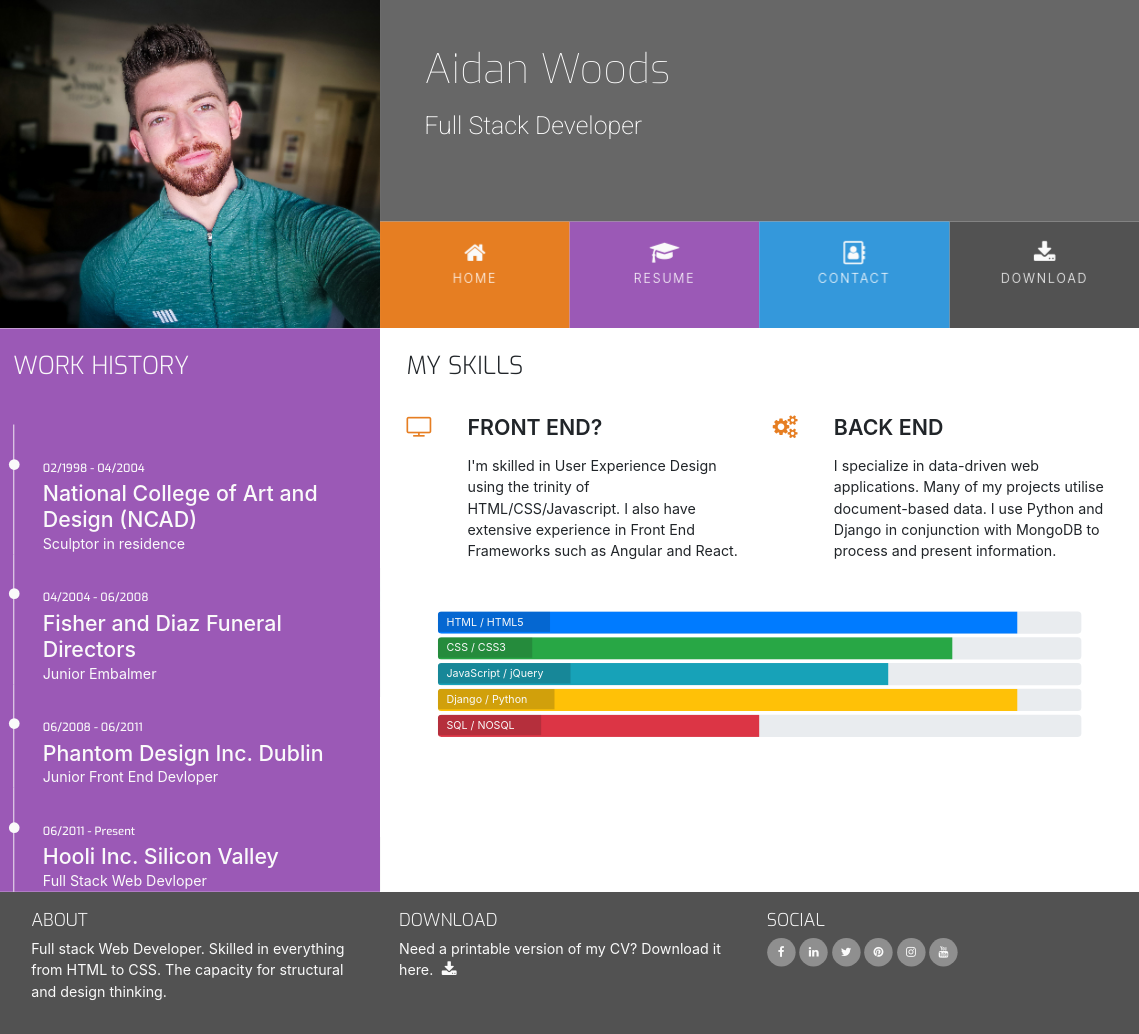
Repository: woodsyboi/Resume
Page: resume.html
The author's editor kept a record of every edit. The page is drawn from the files as they stood at one moment, then again after the next edit.
The browser window is 1280 px wide. The pictures show the whole page, at 89% of full size.

Above is the page before.

### resume.html
<!DOCTYPE html>
<html lang="en">

<head>
    <meta charset="UTF-8">
    <meta name="viewport" content="width=device-width, initial-scale=1.0">
    <meta http-equiv="X-UA-Compatible" content="ie=edge">
    <link rel="stylesheet" href="https://stackpath.bootstrapcdn.com/bootstrap/4.3.1/css/bootstrap.min.css" type="text/css" />
    <link rel="stylesheet" href="https://stackpath.bootstrapcdn.com/font-awesome/4.7.0/css/font-awesome.min.css" type="text/css" />
    <link rel="stylesheet" href="https://cdnjs.cloudflare.com/ajax/libs/hover.css/2.3.1/css/hover-min.css
" type="text/css" />
    <link rel="stylesheet" href="assets/css/style.css" type="text/css" />
    <title>Aidan</title>
</head>

<body>
    <header>
        <div class="row no-gutters">
            <a href="index.html" class="col-md-4 logo">

            </a>
            <div class="col-md-8">
                <div class="row no-gutters bg-color-name-title">
                    <div class="col heading">
                        <h1 class="name">Aidan Woods</h1>
                        <h2 class="title">Full Stack Developer</h2>
                    </div>

                </div>
                <div class="row no-gutters">
                    <div class="col">
                        <ul id="nav" class="list-inline menucontainer">
                            <li class="col-6 col-sm-3 ui-menu-color-home list-inline-item menuitem">
                                <a href="#" class="hvr-sweep-to-bottom"><i class="fa fa-home"></i><span>Home</span></a>
                            </li>
                            <li class="col-6 col-sm-3 ui-menu-color-resume list-inline-item menuitem">
                                <a href="#" class="hvr-sweep-to-bottom"><i class="fa fa-graduation-cap"></i><span>Resume</span></a>
                            </li>
                            <li class="col-6 col-sm-3 ui-menu-color-contact list-inline-item menuitem">
                                <a href="#" class="hvr-sweep-to-bottom"><i class="fa fa-address-book-o"></i><span>Contact</span></a>
                            </li>
                            <li class="col-6 col-sm-3 ui-menu-color-download list-inline-item menuitem">
                                <a href="#" class="hvr-sweep-to-bottom"><i class="fa fa-download"></i><span>Download</span></a>
                            </li>
                        </ul>
                    </div>
                </div>

            </div>
        </div>
    </header>
    <section class="container-fluid">

        <div class="row ">
            <div class="col-md-4 bg-color-work-history section-coloum">
                <div class="row">
                    <div class="col-12">
                        <h3 class="history-heading uppercase">
                            Work History
                        </h3>
                    </div>
                </div>
                <div class="history-items">
                    <div class="timeline-item" data-dates="02/1998 - 04/2004">
                        <h4>National College of Art and Design (NCAD)</h4>
                        <p>Sculptor in residence</p>
                    </div>
                    <div class="timeline-item" data-dates="04/2004 - 06/2008">
                        <h4>Fisher and Diaz Funeral Directors</h4>
                        <p>Junior Embalmer</p>
                    </div>
                    <div class="timeline-item" data-dates="06/2008 - 06/2011">
                        <h4>Phantom Design Inc. Dublin</h4>
                        <p>Junior Front End Devloper</p>
                    </div>
                    <div class="timeline-item" data-dates="06/2011 - Present">
                        <h4>Hooli Inc. Silicon Valley</h4>
                        <p>Full Stack Web Devloper</p>
                    </div>
                </div>
            </div>

            <div class="col-md-8 bg-color-three-reasons section-column">
                <div class="row">
                    <div class="col">
                        <h3 class="section-heading uppercase">My Skills</h3>
                    </div>
                </div>
                <div class="row">
                    <div class="col-10 offset-1 offset-sm-0 col-sm-4 col-md-6">
                        <div class="row">
                            <div class="col-2">
                                <i class="three-reasons-icon fa fa-tv" aria-hidden="true"></i>
                            </div>
                            <div class="col-10">
                                <h4 class="three-reasons-heading uppercase">Front End?</h4>
                                <p>
                                    I'm skilled in User Experience Design using the trinity of HTML/CSS/Javascript. I also have extensive experience in Front End Frameworks such as Angular and React. </p>
                            </div>
                        </div>
                    </div>
                    <div class="col-10 offset-1 offset-sm-0 col-sm-4 col-md-6">
                        <div class="row">
                            <div class="col-2">
                                <i class="three-reasons-icon fa fa-gears" aria-hidden="true"></i>
                            </div>
                            <div class="col-10">
                                <h4 class="three-reasons-heading uppercase">Back End</h4>
                                <p>
                                    I specialize in data-driven web applications. Many of my projects utilise document-based data. I use Python and Django in conjunction with MongoDB to process and present information.
                                </p>
                            </div>
                        </div>
                    </div>


                </div>

                <div class="row progress-section">
                    <div class="col">
                        <div class="progress">
                            <div class="progress-bar" role="progressbar" aria-valuenow="90" aria-valuemin="0" aria-valuemax="100" style="width:90%;">
                                <span class="sr-only">90% complete</span>
                            </div>
                            <span class="progress-type">HTML / HTML5</span>
                        </div>
                        <div class="progress">
                            <div class="progress-bar bg-success" role="progressbar" aria-valuenow="980" aria-valuemin="0" aria-valuemax="100" style="width:80%;">
                                <span class="sr-only">80% complete</span>
                            </div>
                            <span class="progress-type">CSS / CSS3</span>
                        </div>
                        <div class="progress">
                            <div class="progress-bar bg-info" role="progressbar" aria-valuenow="70" aria-valuemin="0" aria-valuemax="100" style="width:70%;">
                                <span class="sr-only">70% complete</span>
                            </div>
                            <span class="progress-type">JavaScript / jQuery</span>
                        </div>
                        <div class="progress">
                            <div class="progress-bar bg-warning" role="progressbar" aria-valuenow="90" aria-valuemin="0" aria-valuemax="100" style="width:90%;">
                                <span class="sr-only">90% complete</span>
                            </div>
                            <span class="progress-type">Django / Python</span>
                        </div>
                        <div class="progress">
                            <div class="progress-bar bg-danger" role="progressbar" aria-valuenow="50" aria-valuemin="0" aria-valuemax="100" style="width:50%;">
                                <span class="sr-only">50% complete</span>
                            </div>
                            <span class="progress-type">SQL / NOSQL</span>
                        </div>
                    </div>
                </div>
            </div>
        </div>

    </section>
    <footer class="container-fluid">
        <div id="footer-details" class="row">
            <div class="col-sm-4">
                <h5 class="uppercase general-sub">About</h5>
                <p class="inline-block">
                    Full stack Web Developer. Skilled in everything from HTML to CSS. The capacity for structural and design thinking.</p>

            </div>
            <div class="col-sm-4">
                <h5 class="uppercase general-sub">Download</h5>
                <p class="inline-block">
                    Need a printable version of my CV? Download it here.
                    <a href="#" target="_blank" class="cv-pdf">
                        <i class="fa fa-download" aria-hidden="true"></i>
                        <span class="sr-only"> Download Link.</span>
                    </a>
                </p>

            </div>
            <div class="col-sm-4">
                <h5 class="uppercase general-sub">Social</h5>
                <ul class="list-inline social-links">
                    <li class="list-inline-item">
                        <a target="_blank" href="#">
                            <i class="fa fa-facebook" aria-hidden="true"></i>
                            <span class="sr-only">Facebook</span>
                        </a>
                    </li>
                    <li class="list-inline-item">
                        <a target="_blank" href="#">
                            <i class="fa fa-linkedin" aria-hidden="true"></i>
                            <span class="sr-only">LinkedIn</span>
                        </a>
                    </li>
                    <li class="list-inline-item">
                        <a target="_blank" href="#">
                            <i class="fa fa-twitter" aria-hidden="true"></i>
                            <span class="sr-only">Twitter</span>
                        </a>
                    </li>
                    <li class="list-inline-item">
                        <a target="_blank" href="#">
                            <i class="fa fa-pinterest" aria-hidden="true"></i>
                            <span class="sr-only">Pinterest</span>
                        </a>
                    </li>
                    <li class="list-inline-item">
                        <a target="_blank" href="#">
                            <i class="fa fa-instagram" aria-hidden="true"></i>
                            <span class="sr-only">Instagram</span>
                        </a>
                    </li>
                    <li class="list-inline-item">
                        <a target="_blank" href="#">
                            <i class="fa fa-youtube" aria-hidden="true"></i>
                            <span class="sr-only">YouTube</span>
                        </a>
                    </li>
                </ul>

            </div>
        </div>
    </footer>

</body>

</html>

### assets/css/style.css
@import url('https://fonts.googleapis.com/css?family=Roboto:100,200,300,400,500,600,700|Exo:100,200,300,400,500,600,700');


/*------------------------------Colors--------*/

.bg-color-name-title {
    background-color: #676767;
}


.bg-color-three-reasons {
    background-color:#fff;
}

.bg-color-personal-info {
    background-color: #f4f4f4;
}

.ui-menu-color-home {
    background-color: #e67e22;

}

.ui-menu-color-resume {
    background-color: #9b59b6;

}

.ui-menu-color-contact {
    background-color: #3498db;

}

.ui-menu-color-download {
    background-color: #525252;

}

.bg-color-work-history {
    background-color: #9b59b6;
}

/*----------------------------special paddings/margins/text*/

h1,
h2,
h3,
h4 {
    margin: 0;
}

.uppercase {
    text-transform: uppercase;
}

.general-sub {
    font-family:"Exo", sans-serif;
    font-weight: 300;
    color: #fafafa;
}

.inline-block{
    display:inline-block;
}

.row-table {
    display:table;
}

.section-column {
    display:table-cell;
    padding:0 30px 30px;
    float:none;
}

.history-heading,
.section-heading{
    font-family:"Exo", sans-serif;
    font-weight: 300;
    margin-top: 25px;
    margin-bottom: 40px;
}
/*-------------------------------Heading--------*/

header {

    margin: 0;

}

.heading {
    margin-left: 50px;

}

.logo {
    background: url("../images/my_face.jpg");
    background-position: center;
    background-repeat: no-repeat;
    background-size: cover;
    min-height: 360px;
    transition: all .5s ease-in-out;
    -moz-transition: all .5s ease-in-out;
    -webkit-transition: all .5s ease-in-out;
}

.name {
    font-family: "Exo", sans-serif;
    font-weight: 100;
    font-size: 46px;
    margin-top: 50px;
    color: #fff;

}

.title {
    font-family: "Roboto", sans-serif;
    font-weight: 200;
    font-size: 28px;
    margin-top: 20px;
    margin-bottom: 90px;
    color: #fff;

}

.list-inline-item:not(:last-child) {
    margin: 0;
}

.menucontainer {
    font-size: 0;
}

#nav {
    margin: 0;
}

#nav li {
    font-size: 14px;
    padding: 0;
}


.menuitem {
    height: 120px;
    text-align: center;
    padding: 0;

}

.menuitem a {
    width: 100%;
    text-decoration: none;
    color: #fff;
    height: 120px;

}

.menuitem a i {
    padding-top: 22px;
    display: block;
    color: #fafafa;
    font-size: 26px;


}

.menuitem span {
    display: block;
    width: 100%;
    padding-top: 5px;
    text-align: center;
    text-transform: uppercase;
    font-size: 14px;
    font-weight: 300;
    letter-spacing: 2px;

}



/*----------------------------hover*/

.hvr-sweep-to-bottom:before {
    background-color: rgba(0, 0, 0, 0.2);
    height: 120px;

}


/*-------------------------------footer--------*/

footer{
    background-color: #525252;
    color:#fafafa;
    min-height: 120px;
}


.cv-pdf i{
   font-size: 18px;
   color: #fafafa;
   text-align: center;
   padding-left: 5px;
   transition: all 0.35s ease-in-out;
   -moz-transition: all 0.35s ease-in-out;
   -webkit-transition: all 0.35s ease-in-out;
   -o-transition: all 0.35s ease-in-out;

}

.cv-pdf i:hover {
    color:#e84710;
}

.social-links{
    padding-bottom: 15px;
}

.social-links li a i {
    width:32px;
    height:32px;
    padding:12px 0;
    border-radius:50%;
    font-size: 13px;
    line-height: 7px;
    text-align:center;
    color:#fafafa;
    background:#8f8f8f;
    transition: all 0.35s ease-in-out;
   -moz-transition: all 0.35s ease-in-out;
   -webkit-transition: all 0.35s ease-in-out;
   -o-transition: all 0.35s ease-in-out;

}

.social-links li a i:hover {
    background:#e84710;
}

#footer-details {
    padding:20px;
}

/*-------------------------------Three reasons--------*/

.three-reasons-icon {
    font-size:26px;
    color: #e67e22;
}

.three-reasons-heading {
    margin-bottom: 15px;
}

.three-reasons-heading {
    font-weight: 600;
}

/*------------------------------Personal Info--------*/

.personal-info-item {
    margin-bottom:20px;
    display: block;
    clear: both;
}

.personal-info-item .key,
.personal-info-item .value {
    padding-right:8px;
    display:inline-block;

}

.personal-info-item .key p,
.personal-info-item .value p{
    margin:0;
}

.personal-info-item .key{
    width:30%;
    margin-right:21px;
    padding-top:2px;
    vertical-align:top;
}

.personal-info-item .key p {
    font-weight: 700;
}

.personal-info-item .value{
    position: relative;
    width: 60%;
}

/*-----------------------------Skills--------*/

.progress{
    position: relative;
    height:25px;
    margin-bottom:4px;
}

.progress-type {
    position: absolute;
    left:0px;
    font-weight: 400;
    padding: 3px 30px 2px 10px;
    color: #fafafa;
    background-color: rgba(25,25,25,0.2);
}

.progress-section {
    margin: 40px 20px;
}

/*-----------------------------work history--------*/


.history-heading{
    color:#fafafa;
    margin-bottom: 50px;
}

.timeline-item {
    padding: 4em 2em 0em 2em;
    position:relative;
    color: #fafafa;
    border-left: 1px solid;


}

.timeline-item p {
    padding: 0;
    margin: 0;

}
.timeline-item:before {
    content:attr(data-dates);
    position: absolute;
    left: 2.5em;
    top: 3em;
    display: block;
    font-family: "Exo", sans-serif;
    font-weight: 500;
    font-size: 0.8em;
    padding:0;
    margin:0;
}

.timeline-item:after {
    width: 12px;
    height: 12px;
    display: block;
    top: 2.4em;
    position:absolute;
    left:-6px;
    border-radius:12px;
    content: '';
    background: #fafafa;
}

After the next edit:
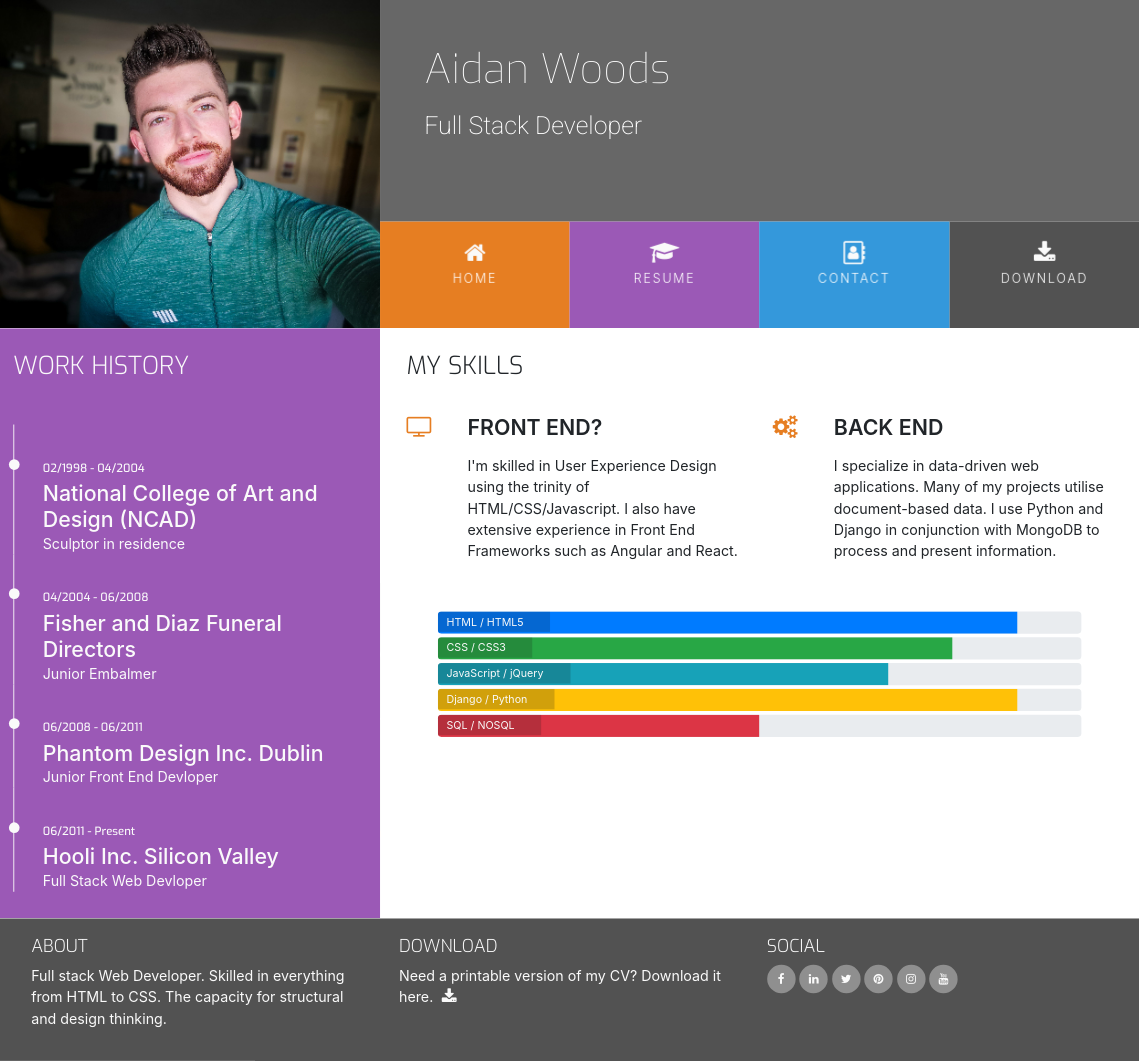
The edit:
--- a/assets/css/style.css
+++ b/assets/css/style.css
@@ -360,3 +360,9 @@
     content: '';
     background: #fafafa;
 }
+
+.history-items {
+
+    margin-bottom: 30px;
+
+}
